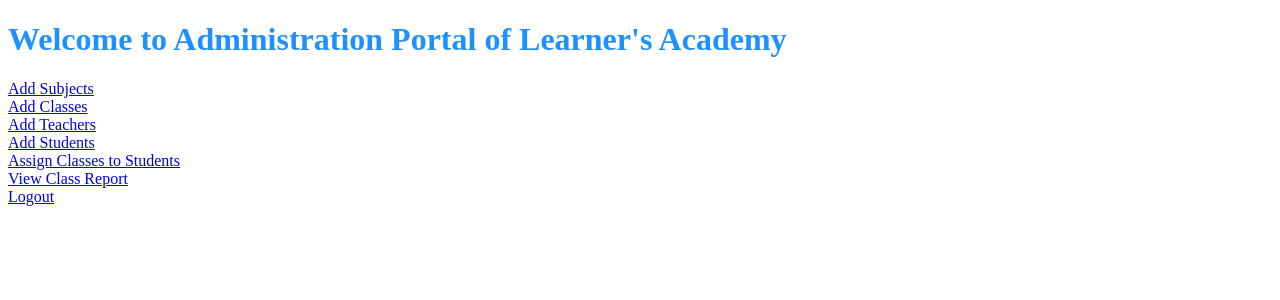
Repository: govardhan71/Learners-Academy-Project-Phase-2
Page: http://localhost/LearnersAcademyPhase-2/learnersacademy.jsp
An editor plug-in stored every save of this project. The page is shown before and after the next save, followed by the edit.
The browser window is 1280 px wide. The pictures show the whole page.
The page is served by Tomcat 9.

Above is the page before, as saved 2021-06-02 11:35:56.

After the next save:
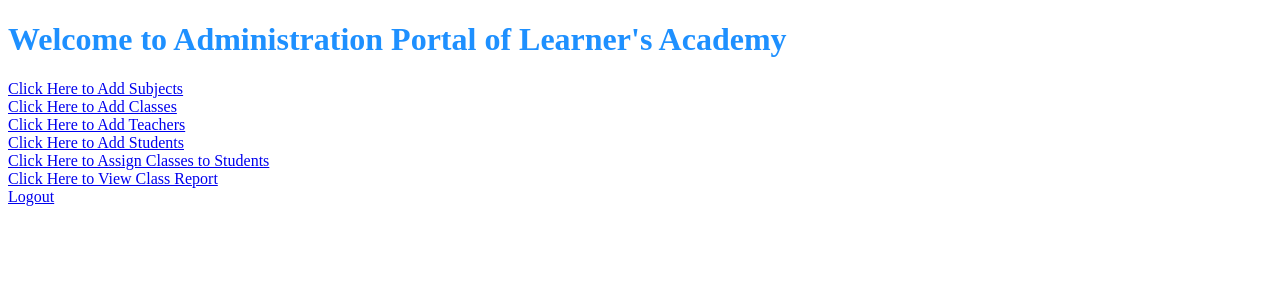
Saved 99 s later.
--- a/LearnersAcademyPhase-2/WebContent/learnersacademy.jsp
+++ b/LearnersAcademyPhase-2/WebContent/learnersacademy.jsp
@@ -10,17 +10,17 @@
 
 <h1 style="color:DodgerBlue;"> Welcome to Administration Portal of Learner's Academy</h1>
 
- <a href=addsubject.jsp>Add Subjects</a><br>
+ <a href=addsubject.jsp>Click Here to Add Subjects</a><br>
 
- <a href=addclasses.jsp>Add Classes</a><br>
+ <a href=addclasses.jsp>Click Here to Add Classes</a><br>
 
- <a href=addteachers.jsp>Add Teachers</a><br>
+ <a href=addteachers.jsp>Click Here to Add Teachers</a><br>
 
- <a href=addstudents.jsp>Add Students</a><br>
+ <a href=addstudents.jsp>Click Here to Add Students</a><br>
 
-<a href=submitclassreport.jsp>Assign Classes to Students</a><br>
+<a href=submitclassreport.jsp>Click Here to Assign Classes to Students</a><br>
 
-  <a href=viewreport.jsp>View Class Report</a><br>
+  <a href=viewreport.jsp>Click Here to View Class Report</a><br>
 
   <a href=logout.jsp>Logout</a><br>
 
